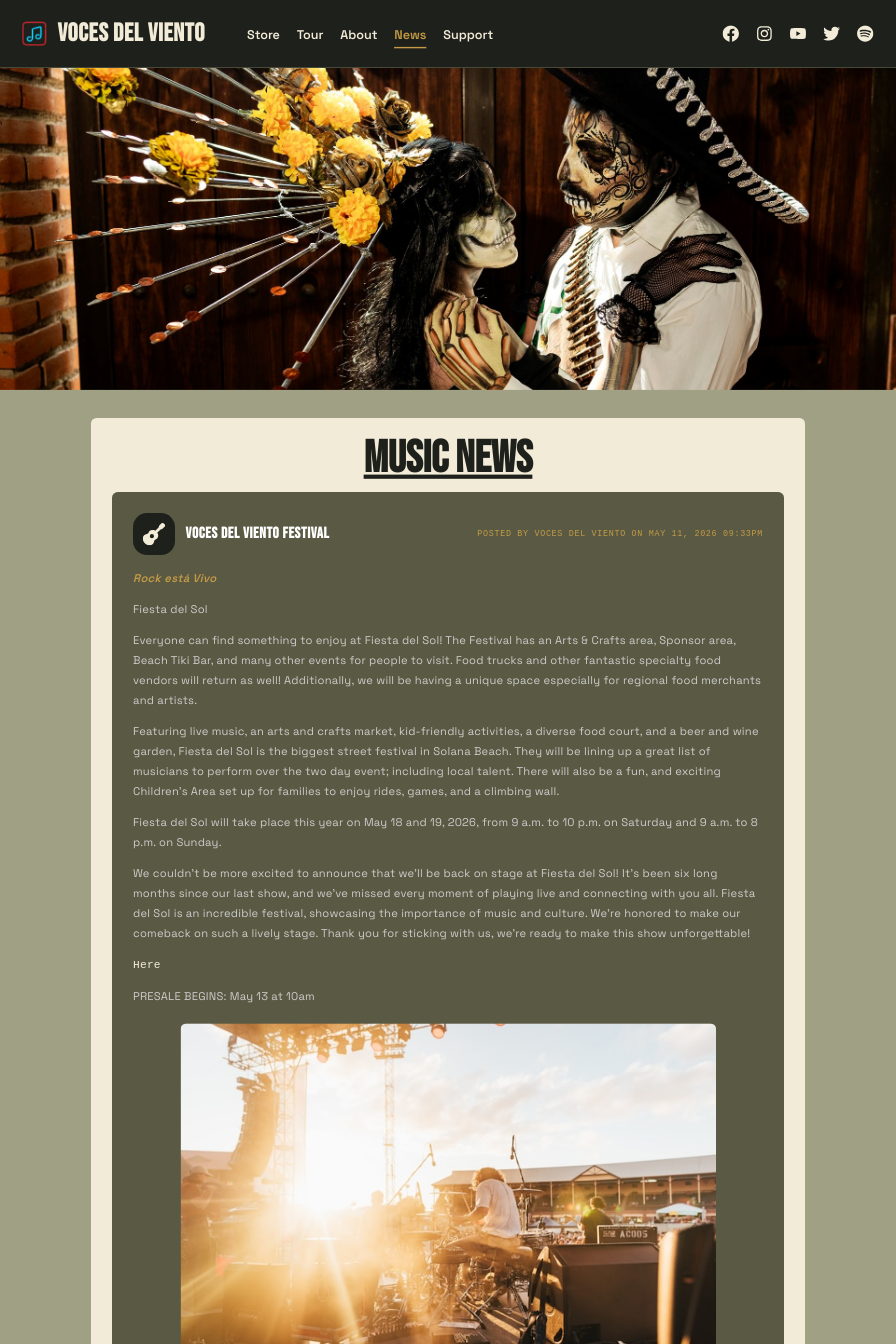
Repository: lime929/voices-del-viento
Page: /news
An editor plug-in stored every save of this project. The page is shown before and after the next save, followed by the edit.
The browser window is 1280 px wide. The pictures show the part of the page from y = 0 to 1920 px (the page is 5433 px tall), at 70% of full size.
The project was rebuilt for these pictures with package versions that can differ from the ones it lists, and the page was loaded fresh each time. The framework's server and built-in components were replaced by stand-ins that run in the browser. Also part of the build but not shown: next.config.mjs.

Above is the page before, as saved 2026-09-26 21:25:46.

After the next save:
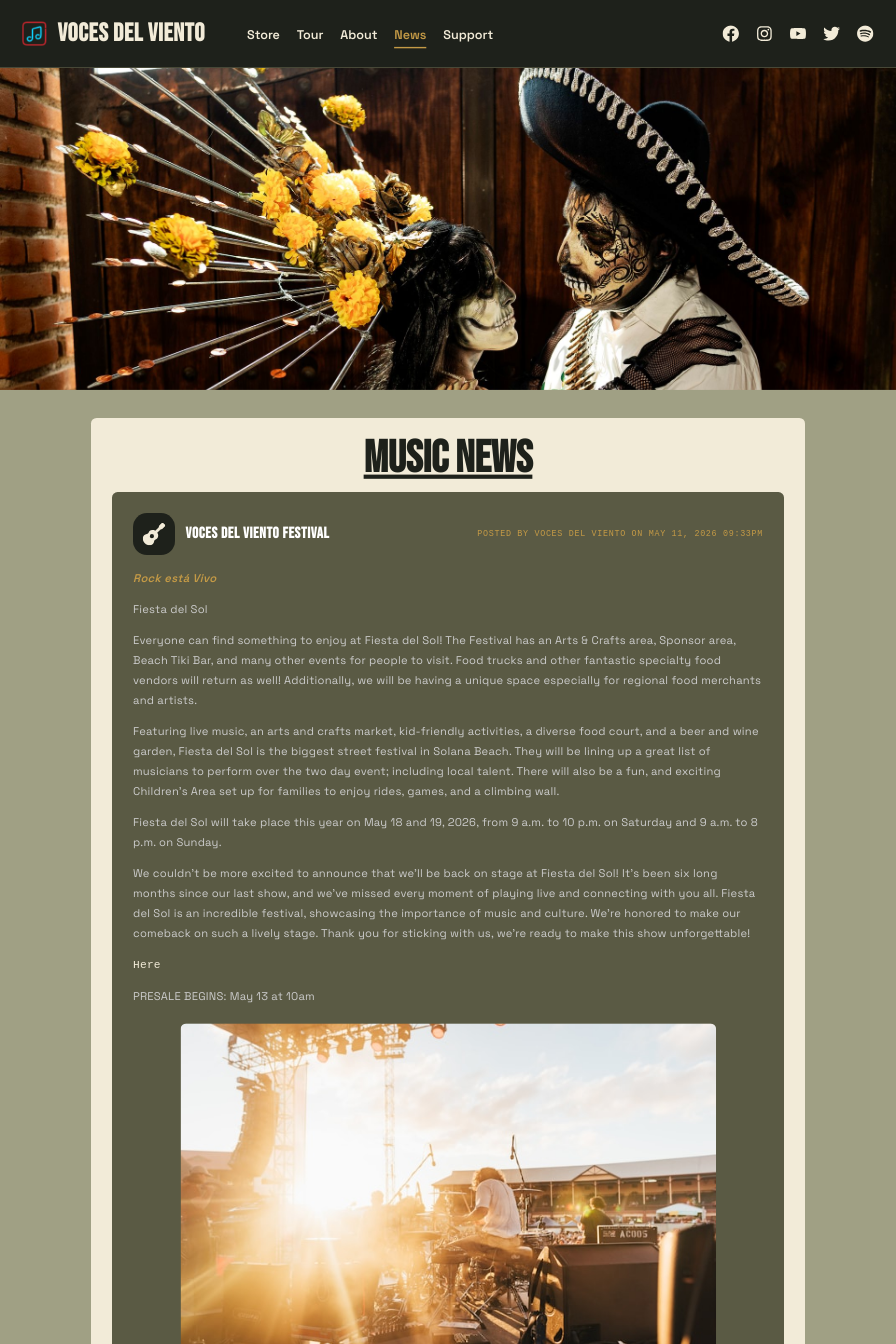
Saved 84 s later.
--- a/app/news/page.module.css
+++ b/app/news/page.module.css
@@ -115,11 +115,19 @@
   border-radius: 8px;
 }
 
-.bannerImage {
+/* .bannerImage {
   display: block;
   width: 100%;
   height: 460px;
   object-fit: cover;
   object-position: center 30%;
   margin: 0 auto 30px;
+} */
+.bannerImage {
+  display: block;
+  width: 100%;
+  height: 460px;
+  object-fit: cover;
+  object-position: center 0%;
+  margin: 0 auto 30px;
 }

After the save that followed:
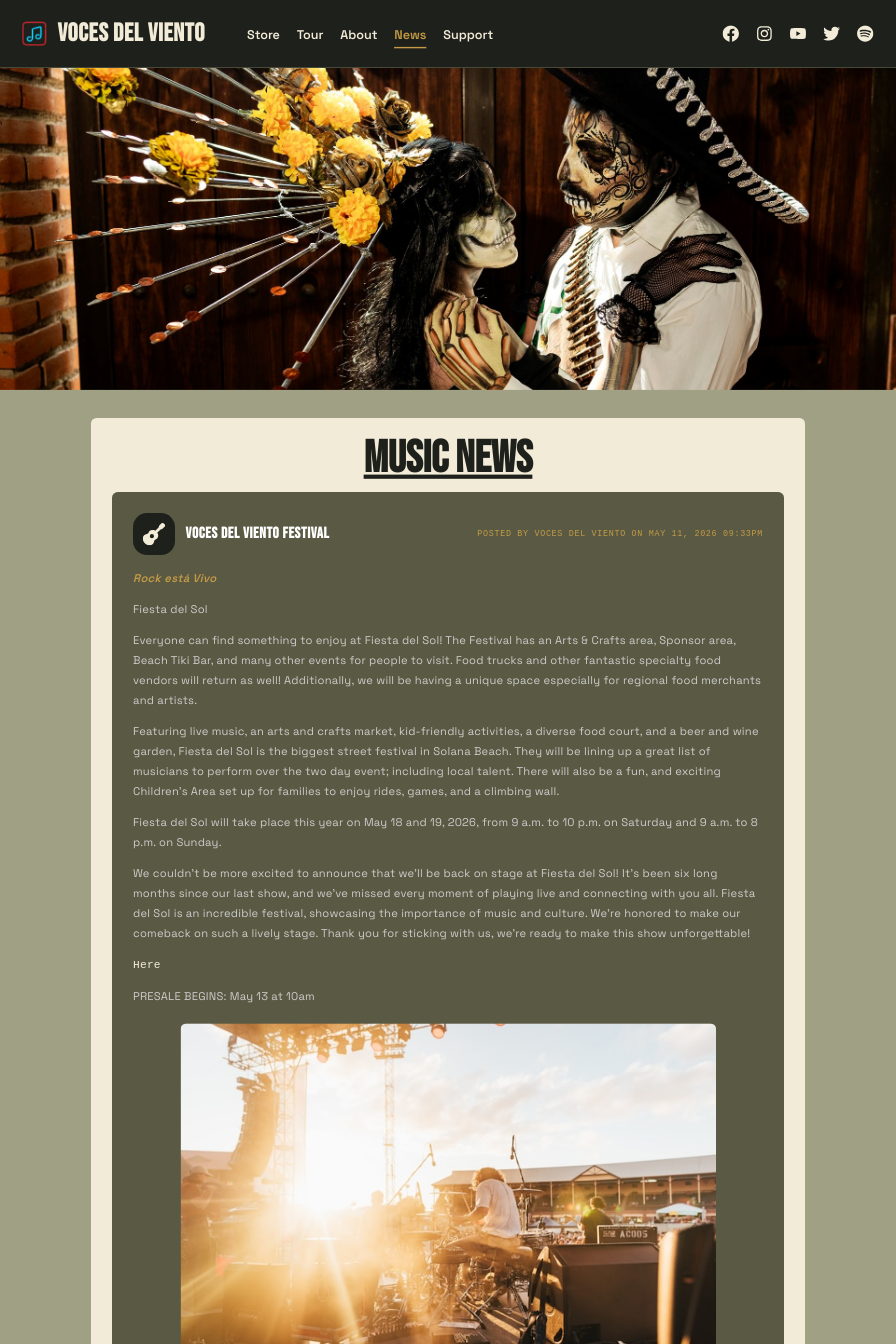
Saved 2 min 33 s later.
--- a/app/news/page.module.css
+++ b/app/news/page.module.css
@@ -123,11 +123,25 @@
   object-position: center 30%;
   margin: 0 auto 30px;
 } */
-.bannerImage {
+/* .bannerImage {
   display: block;
   width: 100%;
   height: 460px;
   object-fit: cover;
   object-position: center 0%;
   margin: 0 auto 30px;
+} */
+ /* .aboutContainer {
+  padding: 3rem clamp(1.25rem, 5vw, 5rem) 3rem;
+  background-color: var(--color-band-cream);
+  color: var(--color-band-ink);
+  zoom: 90%;
+} */
+.bannerImage {
+  display: block;
+  width: 100%;
+  height: 460px;
+  object-fit: cover;
+  object-position: center 30%;
+  margin: 0 auto 30px;
 }
